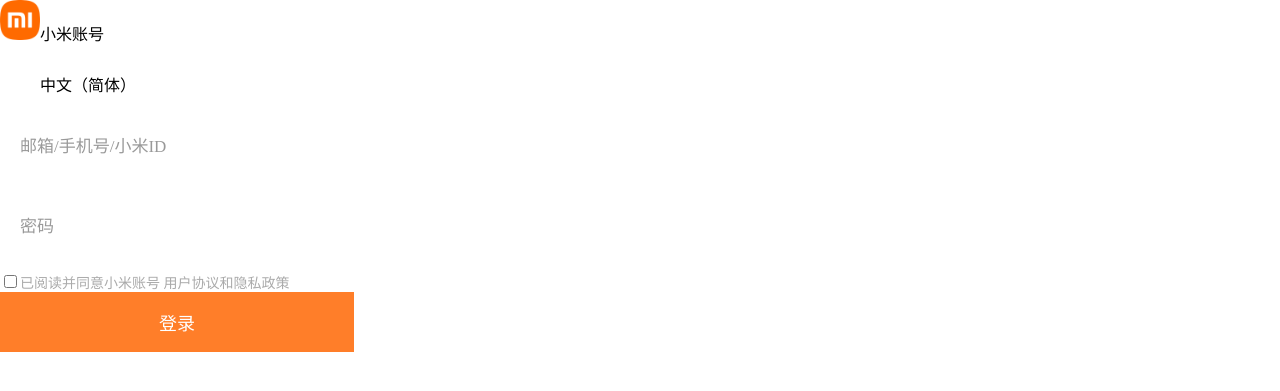
Repository: PLA-31695/Xiaomi
Page: /#/login
An editor plug-in stored every save of this project. The page is shown before and after the next save, followed by the edit.
The browser window is 1280 px wide. The pictures show the whole page.
The project was rebuilt for these pictures with package versions that can differ from the ones it lists, and the page was loaded fresh each time. Also part of the build but not shown: vue.config.js, src/components/Header/my-header.vue, src/views/Home/home.vue, src/views/Register/register.vue.

Above is the page before, as saved 2022-03-22 21:05:22.

After the next save:
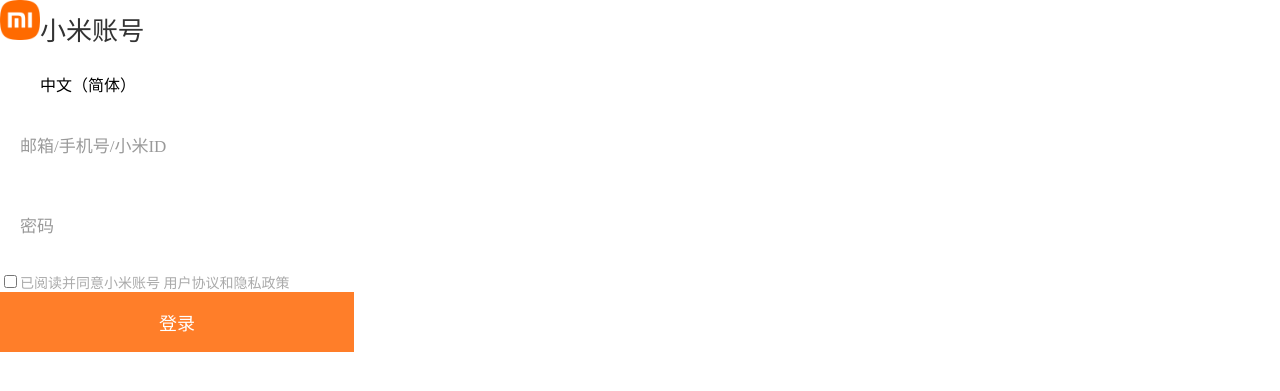
Saved 62 s later.
--- a/src/components/Header/serve-header.vue
+++ b/src/components/Header/serve-header.vue
@@ -45,8 +45,10 @@
             img{
                 width: 40px;
             }
-            p{
-
+            span{
+                font-weight: 500;
+                font-size: 26px;
+                color: #333;
             }
 
         }
